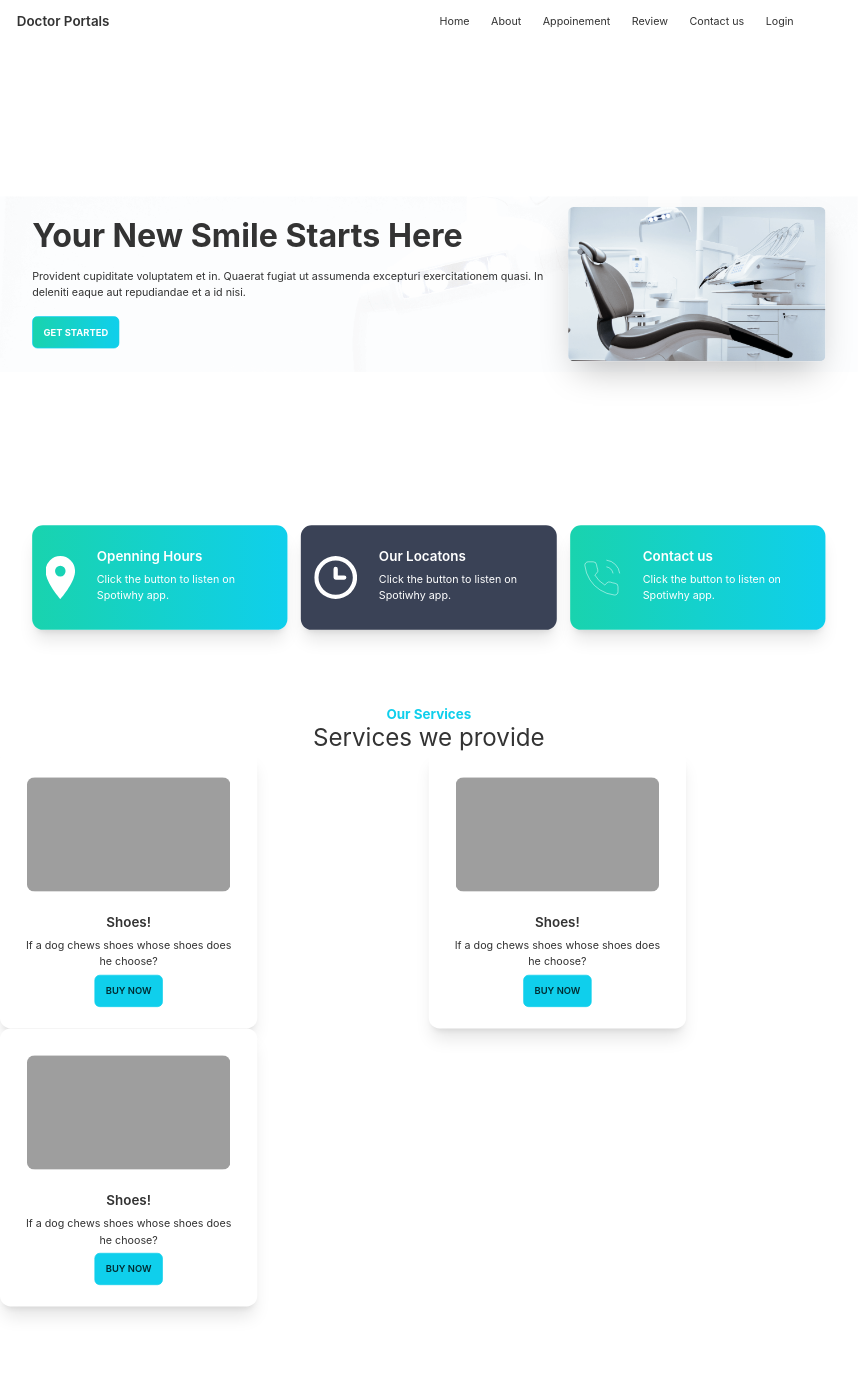
Repository: devsajid/doctors-portal-client
Page: /
An editor plug-in stored every save of this project. The page is shown before and after the next save, followed by the edit.
The browser window is 1280 px wide. The pictures show the whole page, at 67% of full size.
Pictures or frames that could not be fetched are drawn as grey boxes. Backgrounds fixed to the window are drawn as part of the page. The project was rebuilt for these pictures with package versions that can differ from the ones it lists, and the page was loaded fresh each time. Also part of the build but not shown: src/App.css, src/Pages/About/About.js, src/Pages/Appoinment/Appoinment.js, src/Pages/Contact/Contact.js, src/Pages/Login/Login.js, src/Pages/Review/Review.js.

Above is the page before, as saved 2022-08-05 21:53:01.

After the next save:
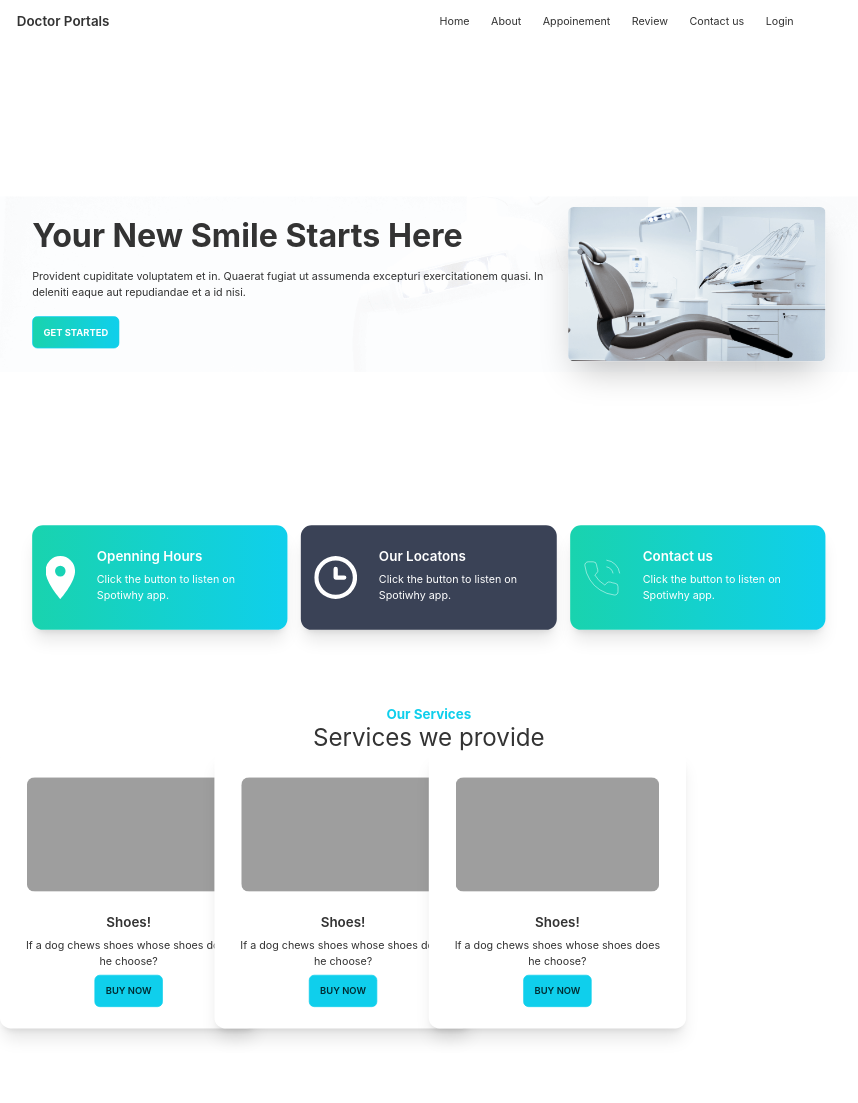
Saved 7 s later.
--- a/src/Pages/Services/Services.js
+++ b/src/Pages/Services/Services.js
@@ -32,7 +32,7 @@ const Services = () => {
         </h3>
         <h1 className="text-4xl">Services we provide</h1>
       </div>
-      <div className="grid sm:grid-cols-1 md:grid-cols-2 lg:gri">
+      <div className="grid sm:grid-cols-1 md:grid-cols-2 lg:grid-cols-4">
         {" "}
         {services.map((service) => (
           <Service key={service._id} service={service}></Service>
